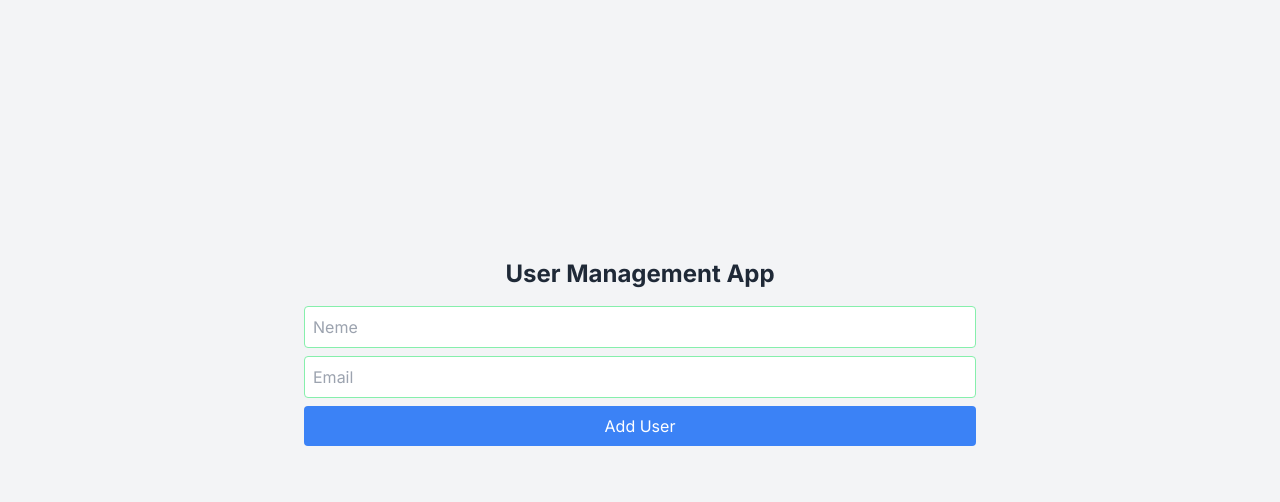
Repository: satoshi-create/next-express
Page: / (app in frontend/)
The author's editor kept a copy of each file at every save. The page is drawn from the files as they stood at one save, then again after a run of saves.
The browser window is 1280 px wide. The pictures show the whole page.
The page's requests for data from a server got no answer. The project was rebuilt for these pictures with package versions that can differ from the ones it lists, and the page was loaded fresh each time. The framework's server and built-in components were replaced by stand-ins that run in the browser. No one was signed in, and anything a server would have sent is missing. Also part of the build but not shown: frontend/next.config.js, frontend/next.config.mjs, frontend/app/ui/CardComponent.tsx.

Above is the page before, as saved 2024-02-12 23:24:41.

### frontend/app/page.tsx
"use client";
import React, { useState, useEffect } from "react";
import CardComponent from "./ui/CardComponent";
import axios from "axios";

interface User {
  id: number;
  name: string;
  email: string;
}

const Page = () => {
  const apiUrl = process.env.NEXT_PUBLIC_API_URL || "http://localhost:4000";
  const [users, setUsers] = useState<User[]>([]);
  const [newUser, setNewUser] = useState({ name: "", email: "" });
  const [updateUser, setUpdateUser] = useState({ id: "", name: "", email: "" });

  console.log(users);

  //fetch users
  useEffect(() => {
    const fetchData = async () => {
      try {
        const response = await axios.get(`${apiUrl}/users`);
        setUsers(response.data.reverse());
      } catch (error) {
        console.error("Error fetching data:", error);
      }
    };

    fetchData();
  }, []);

  //create user
  const createUser = async (e: React.FormEvent<HTMLFormElement>) => {
    e.preventDefault();
    try {
      const response = await axios.post(`${apiUrl}/users`, newUser);
      setUsers([response.data, ...users]);
      setNewUser({ name: "", email: "" });
    } catch (error) {
      console.error("Error creating user:", error);
    }
  };

  //delete user
  const deleteUser = async (userId: number) => {
    try {
      await axios.delete(`${apiUrl}/users/${userId}`);
      setUsers(users.filter((user) => user.id !== userId));
    } catch (error) {
      console.error("Error deleting user:", error);
    }
  };

  return (
    <main className="flex flex-col items-center justify-center min-h-screen bg-gray-100">
      <div className="space-y-4 w-full max-w-2xl">
        <h1 className="text-2xl font-bold text-gray-800 text-center">
          User Management App
        </h1>
        {/* Create user */}
        {/* <form onSubmit={createUser} className="p-4 bg-blue-100 rounded shadow">
          <input
            placeholder="Name"
            value={newUser.name}
            onChange={(e) => setNewUser({ ...newUser, name: e.target.value })}
            className="mb-2 w-full p-2 border border-gray-300 rounded"
          />
          <input
            placeholder="Email"
            value={newUser.email}
            onChange={(e) => setNewUser({ ...newUser, email: e.target.value })}
            className="mb-2 w-full p-2 border border-gray-300 rounded"
          />
          <button
            type="submit"
            className="w-full p-2 text-white bg-blue-500 rounded hover:bg-blue-600"
          >
            Add User
          </button>
        </form> */}
        <form onSubmit={createUser} className="p-">
          <input
            placeholder="Neme"
            value={newUser.name}
            onChange={(e) => setNewUser({ ...newUser, name: e.target.value })}
            className="mb-2 w-full p-2 border border-green-300 rounded"
          />
          <input
            placeholder="Email"
            value={newUser.email}
            onChange={(e) => setNewUser({ ...newUser, email: e.target.value })}
            className="mb-2 w-full p-2 border border-green-300 rounded"
          />
          <button
            type="submit"
            className="w-full p-2 text-white bg-blue-500 rounded hover:bg-blue-600"
          >
            Add User
          </button>
        </form>
        {/* Display users */}
        <div className="space-y-2">
          {users.map((user) => {
            const { id, name, email } = user;
            return (
              <div
                key={id}
                className="flex items-center justify-between bg-white p-4 rounded-lg shadow"
              >
                <CardComponent card={user} />
                <button
                  className="bg-red-500 hover:bg-red-600 text-white py-2 px-4 rounded"
                  onClick={() => deleteUser(id)}
                >
                  Delete User
                </button>
              </div>
            );
          })}
        </div>
      </div>
    </main>
  );
};

export default Page;

### frontend/app/globals.css
@tailwind base;
@tailwind components;
@tailwind utilities;

/*
:root {
  --foreground-rgb: 0, 0, 0;
  --background-start-rgb: 214, 219, 220;
  --background-end-rgb: 255, 255, 255;
} */

body {
  color: rgb(var(--foreground-rgb));
  background: linear-gradient(
      to bottom,
      transparent,
      rgb(var(--background-end-rgb))
    )
    rgb(var(--background-start-rgb));
}

Loaded but not shown: frontend/app/layout.tsx (common file); frontend/tailwind.config.ts (common file)

After the next 5 saves:
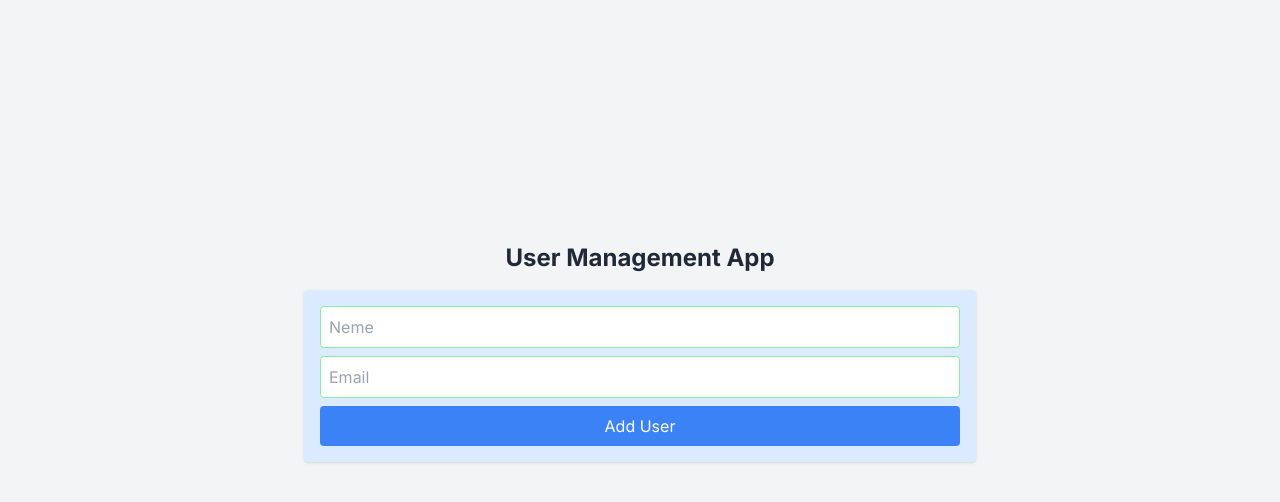
The 5 saves are shown as one change because they came seconds apart.
The last was saved 14 s later.
--- a/frontend/app/page.tsx
+++ b/frontend/app/page.tsx
@@ -80,7 +80,7 @@ const Page = () => {
             Add User
           </button>
         </form> */}
-        <form onSubmit={createUser} className="p-">
+        <form onSubmit={createUser} className="p-4 bg-blue-100 rounded shadow">
           <input
             placeholder="Neme"
             value={newUser.name}
